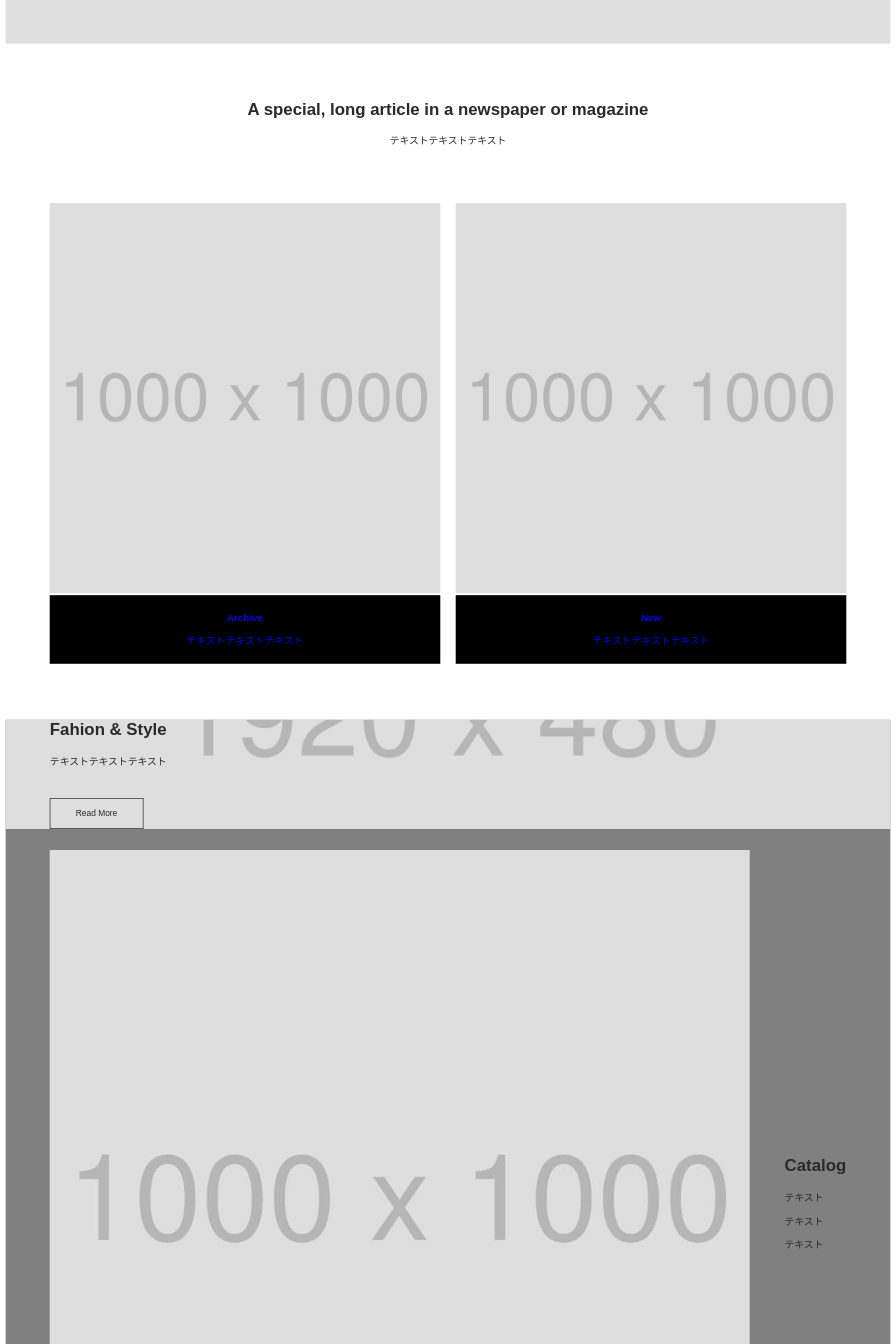
Repository: Fuki-san/bookstore
Page: http://localhost/book
The author's editor kept a copy of each file at every save. The page is drawn from the files as they stood at one save, then again after a run of saves.
The browser window is 1280 px wide. The pictures show the part of the page from y = 666 to 2586 px (the page is 4057 px tall before and 4017 px after), at 70% of full size.
The page is served by the project's Laravel application, run on PHP 8.4 with Laravel 10. Other server files are loaded and not shown.

Above is the page before, as saved 2023-11-21 13:49:52.

### routes/web.php
<?php

use Illuminate\Support\Facades\Route;

/*
|--------------------------------------------------------------------------
| Web Routes
|--------------------------------------------------------------------------
|
| Here is where you can register web routes for your application. These
| routes are loaded by the RouteServiceProvider and all of them will
| be assigned to the "web" middleware group. Make something great!
|
*/

Route::get('/', function () {
    return view('welcome');
});

Route::get('book', function() {
    return view('bookstore');
})->name('book');

### resources/views/bookstore.blade.php
@extends('layouts.main')

@section('title', 'bookstore')

@section('content')
    <header id="header">
        <h1 class="site-title"><a href="#"><img src="img/logo.svg"></a></h1>
    </header>

    <main>
        <section class="wrapper" id="magazine">
            <h2 class="sec-title">A special, long article in a newspaper or magazine</h2>
            <p>テキストテキストテキスト</p>
            <div class="flex-item">
                <a href="#" class="item"><img src="img/magazine-archive.jpg"><div class="text"><p class="title">Archive</p><p>テキストテキストテキスト</p></div></a>
                <a href="#" class="item"><img src="img/magazine-new.jpg"><div class="text"><p class="title">New</p><p>テキストテキストテキスト</p></div></a>
            </div>
        </section>
        <section class="wrapper" id="fashion">
            <h2 class="sec-title">Fahion & Style</h2>
            <p>テキストテキストテキスト</p>
            <a href="#" class="btn">Read More</a>
        </section>
        <section id="catalog-antique">
            <div class="flex-item wrapper">
                <div class="item">
                    <img src="img/catalog.jpg">
                </div>
                <div class="item">
                    <h2 class="sec-title">Catalog</h2>
                    <p>テキスト</p>
                    <p>テキスト</p>
                    <p>テキスト</p>
                </div>
            </div>
        </section>

        <section id="catalog-antique">
            <div class="flex-item wrapper">
                <div class="item">
                    <h2 class="sec-title">Antique</h2>
                    <p>テキストテキストテキスト</p>
                    <p>テキストテキストテキスト</p>
                    <a href="#" class="btn">Read More</a>
                </div>
                <div class="item">
                    <img src="img/antique.jpg">
                </div>
            </div>
        </section>
    </main>

    <footer id="footer">
        <div class="flex-item wrapper">
            <div class="item"><a href="#"><img src="img/logo.svg"></a></div>
            <div class="item">
                <p class="title">タイトル</p>
                <ul>
                    <li>テキストテキストテキスト</li>
                    <li>テキストテキストテキスト</li>
                    <li>テキストテキストテキスト</li>
                </ul>
            </div>
            <div class="item">
                <p>テキストテキストテキストテキストテキスト</p>
            </div>
        </div>
        <p class="copyright">&copy; Mag88</p>
    </footer>
@endsection

### resources/views/layouts/main.blade.php
<!DOCTYPE html>
<html lang="ja">
<head>
    <meta charset="UTF-8">
    <meta name="viewport" content="width=device-width, initial-scale=1.0">
    <meta http-equiv="X-UA-Compatible" content="ie=edge">
    <link rel="stylesheet" href="{{ asset('css/reset.css') }}">
    <link rel="stylesheet" href="{{ asset('css/style.css') }}">
    <link rel="icon" href="img/favicon.ico">
    <title>@yield('title')</title>
</head>
<body>
    @yield('content')
</body>
</html>

### public/css/style.css
@charset "utf-8";

html{
    font-size: 100%;
}
body{
    font-size: 0.875rem;
    color: #2a2a2a;
    font-family: "Arial", "Hiragino Sans", "Hiragino Kaku Gothic ProN", "Meiryo", sans-serif;
}
a{
    text-decoration: none;
}
a:hover{
    opacity: 0.7;
}
img{
    max-width: 100%;
}
li{
    list-style: none;
}
/* content */
.wrapper{
    padding: 0 5%;
    margin: 0 auto;
    max-width: 1200px;
}
.sec-title{
    font-size: 1.5rem;
    margin-bottom: 20px;
}
/* btn */

.btn{
    padding: 14px 36px;
    border: solid 1px #2a2a2a;
    color: #2a2a2a;
    display: inline-block;
    font-size: 0.750rem;
    margin-top: 30px;
}
/* ヘッダー */

#header{
    background-image: url(../img/mainvisual.jpg);
    background-position: center top;
    background-repeat: no-repeat;
    background-size: cover;
    position: relative;
    margin-bottom: 80px;
    height: 100vh;
}
#header .site-title{
    position: absolute;
    top: 30px;
    right: 30px;
}

.flex-item{
    display: flex;
    justify-content: space-between;
    align-items: center;
}
/* magazine */
#magazine{
    text-align: center;
    margin-bottom: 80px;
}
#magazine .flex-item{
    display: flex;
    justify-content: space-between;
    margin-top: 40px;
}

#magazine .flex-item .item{
    width: 49%;
    margin-top: 40px;
}
#magazine .text{
    background-color: black;
    text-align: center;
    padding: 10px 15px;
}
#magazine .title{
    font-weight: bold;
}
#fashion{
    background-image: url(../img/fashion.jpg);
    background-position: center bottom;
    background-repeat: no-repeat;
    background-size: cover;
    background-color: gray;
}

#catalog-antique{
    background-color: gray;
    padding-top: 30px;
}
#footer{
    background-color: #242424;
}
#footer .item{
    width: 32%;
}

.copyright{
    background-color: #fff;
    text-align: center;
}

### public/img/logo.svg
<?xml version="1.0" encoding="utf-8"?>
<!-- Generator: Adobe Illustrator 15.1.0, SVG Export Plug-In . SVG Version: 6.00 Build 0)  -->
<!DOCTYPE svg PUBLIC "-//W3C//DTD SVG 1.1//EN" "http://www.w3.org/Graphics/SVG/1.1/DTD/svg11.dtd">
<svg version="1.1" id="レイヤー_1" xmlns="http://www.w3.org/2000/svg" xmlns:xlink="http://www.w3.org/1999/xlink" x="0px"
	 y="0px" width="120px" height="40px" viewBox="0 0 120 40" enable-background="new 0 0 120 40" xml:space="preserve">
<text transform="matrix(1 0 0 1 11.667 -25.8213)" fill="#2B3137" font-family="'Arial-BoldMT'" font-size="31.8021">Mag88</text>
<rect fill="#2A2A2A" width="120" height="40"/>
<g>
	<path fill="#FFFFFF" d="M13.351,29.333V6.568h6.879l4.13,15.529l4.084-15.529h6.895v22.765h-4.271v-17.92l-4.519,17.92h-4.425
		l-4.503-17.92v17.92H13.351z"/>
	<path fill="#FFFFFF" d="M43.134,17.872l-3.96-0.714c0.445-1.595,1.211-2.774,2.299-3.54c1.087-0.766,2.701-1.149,4.845-1.149
		c1.946,0,3.396,0.23,4.348,0.69c0.952,0.461,1.623,1.047,2.011,1.756c0.389,0.709,0.582,2.01,0.582,3.904l-0.046,5.094
		c0,1.449,0.069,2.518,0.21,3.207c0.139,0.688,0.4,1.426,0.783,2.213h-4.316c-0.113-0.29-0.254-0.72-0.419-1.289
		c-0.073-0.259-0.124-0.43-0.155-0.513c-0.746,0.725-1.543,1.269-2.392,1.63c-0.849,0.363-1.755,0.544-2.718,0.544
		c-1.697,0-3.035-0.46-4.014-1.382s-1.467-2.086-1.467-3.494c0-0.932,0.222-1.762,0.667-2.492c0.444-0.73,1.069-1.289,1.871-1.677
		c0.802-0.389,1.959-0.728,3.471-1.018c2.039-0.383,3.452-0.739,4.239-1.071v-0.435c0-0.839-0.207-1.437-0.621-1.794
		s-1.195-0.535-2.345-0.535c-0.776,0-1.382,0.152-1.817,0.458C43.755,16.571,43.403,17.106,43.134,17.872z M48.973,21.413
		c-0.559,0.187-1.444,0.409-2.655,0.668c-1.212,0.259-2.003,0.512-2.376,0.761c-0.569,0.403-0.854,0.916-0.854,1.537
		c0,0.61,0.227,1.14,0.683,1.584c0.456,0.445,1.035,0.667,1.739,0.667c0.787,0,1.537-0.258,2.252-0.775
		c0.527-0.394,0.875-0.875,1.04-1.444c0.114-0.373,0.171-1.081,0.171-2.128V21.413z"/>
	<path fill="#FFFFFF" d="M57.157,30.419l4.984,0.605c0.083,0.58,0.274,0.979,0.574,1.196c0.414,0.311,1.066,0.466,1.957,0.466
		c1.139,0,1.992-0.171,2.563-0.512c0.383-0.229,0.673-0.596,0.869-1.104c0.135-0.362,0.202-1.029,0.202-2.003v-2.407
		c-1.304,1.781-2.95,2.672-4.938,2.672c-2.215,0-3.97-0.938-5.264-2.811c-1.015-1.48-1.521-3.324-1.521-5.529
		c0-2.764,0.664-4.875,1.995-6.335c1.33-1.46,2.983-2.189,4.962-2.189c2.039,0,3.721,0.896,5.046,2.687v-2.314h4.084V27.64
		c0,1.946-0.161,3.4-0.481,4.363s-0.771,1.719-1.351,2.268c-0.58,0.549-1.354,0.979-2.321,1.289
		c-0.969,0.311-2.192,0.466-3.673,0.466c-2.795,0-4.778-0.479-5.947-1.437c-1.17-0.957-1.755-2.172-1.755-3.642
		C57.141,30.802,57.147,30.626,57.157,30.419z M61.054,20.745c0,1.75,0.339,3.031,1.017,3.844c0.679,0.813,1.515,1.219,2.508,1.219
		c1.066,0,1.967-0.416,2.703-1.25c0.734-0.834,1.102-2.068,1.102-3.703c0-1.709-0.352-2.977-1.056-3.805s-1.595-1.242-2.671-1.242
		c-1.045,0-1.907,0.406-2.586,1.219C61.393,17.839,61.054,19.079,61.054,20.745z"/>
	<path fill="#FFFFFF" d="M79.797,17.05c-1.129-0.477-1.949-1.131-2.462-1.965c-0.513-0.833-0.769-1.746-0.769-2.74
		c0-1.697,0.593-3.101,1.778-4.208c1.185-1.107,2.87-1.662,5.054-1.662c2.164,0,3.844,0.554,5.039,1.662
		c1.196,1.108,1.794,2.511,1.794,4.208c0,1.056-0.274,1.995-0.823,2.818c-0.549,0.822-1.32,1.451-2.313,1.887
		c1.263,0.508,2.224,1.248,2.88,2.221c0.658,0.973,0.986,2.096,0.986,3.369c0,2.102-0.67,3.811-2.011,5.125
		s-3.124,1.972-5.349,1.972c-2.071,0-3.795-0.544-5.172-1.63c-1.625-1.284-2.438-3.045-2.438-5.28c0-1.231,0.305-2.362,0.916-3.394
		C77.52,18.403,78.482,17.608,79.797,17.05z M80.293,22.407c0,1.201,0.309,2.138,0.924,2.811c0.616,0.673,1.385,1.01,2.307,1.01
		c0.9,0,1.646-0.324,2.236-0.971c0.59-0.647,0.885-1.582,0.885-2.803c0-1.066-0.301-1.924-0.9-2.57
		c-0.602-0.646-1.361-0.971-2.283-0.971c-1.066,0-1.861,0.367-2.383,1.103C80.555,20.751,80.293,21.548,80.293,22.407z
		 M80.698,12.655c0,0.869,0.246,1.547,0.737,2.034c0.491,0.486,1.146,0.729,1.964,0.729c0.828,0,1.491-0.246,1.988-0.737
		s0.745-1.173,0.745-2.042c0-0.818-0.246-1.473-0.737-1.965c-0.492-0.491-1.142-0.737-1.949-0.737c-0.838,0-1.506,0.249-2.003,0.745
		C80.946,11.18,80.698,11.837,80.698,12.655z"/>
	<path fill="#FFFFFF" d="M97.484,17.05c-1.128-0.477-1.948-1.131-2.462-1.965c-0.512-0.833-0.768-1.746-0.768-2.74
		c0-1.697,0.592-3.101,1.777-4.208c1.186-1.107,2.871-1.662,5.055-1.662c2.164,0,3.844,0.554,5.039,1.662
		c1.195,1.108,1.793,2.511,1.793,4.208c0,1.056-0.273,1.995-0.822,2.818c-0.549,0.822-1.32,1.451-2.314,1.887
		c1.264,0.508,2.224,1.248,2.881,2.221c0.658,0.973,0.986,2.096,0.986,3.369c0,2.102-0.67,3.811-2.012,5.125
		c-1.34,1.314-3.123,1.972-5.349,1.972c-2.071,0-3.794-0.544-5.171-1.63c-1.625-1.284-2.438-3.045-2.438-5.28
		c0-1.231,0.305-2.362,0.916-3.394C95.207,18.403,96.168,17.608,97.484,17.05z M97.981,22.407c0,1.201,0.308,2.138,0.924,2.811
		c0.615,0.673,1.385,1.01,2.307,1.01c0.9,0,1.646-0.324,2.235-0.971c0.591-0.647,0.886-1.582,0.886-2.803
		c0-1.066-0.301-1.924-0.901-2.57s-1.361-0.971-2.282-0.971c-1.066,0-1.861,0.367-2.384,1.103S97.981,21.548,97.981,22.407z
		 M98.385,12.655c0,0.869,0.245,1.547,0.736,2.034c0.492,0.486,1.146,0.729,1.965,0.729c0.828,0,1.49-0.246,1.988-0.737
		c0.496-0.491,0.744-1.173,0.744-2.042c0-0.818-0.246-1.473-0.736-1.965c-0.492-0.491-1.143-0.737-1.949-0.737
		c-0.839,0-1.506,0.249-2.004,0.745C98.633,11.18,98.385,11.837,98.385,12.655z"/>
</g>
</svg>

After the next 3 saves:
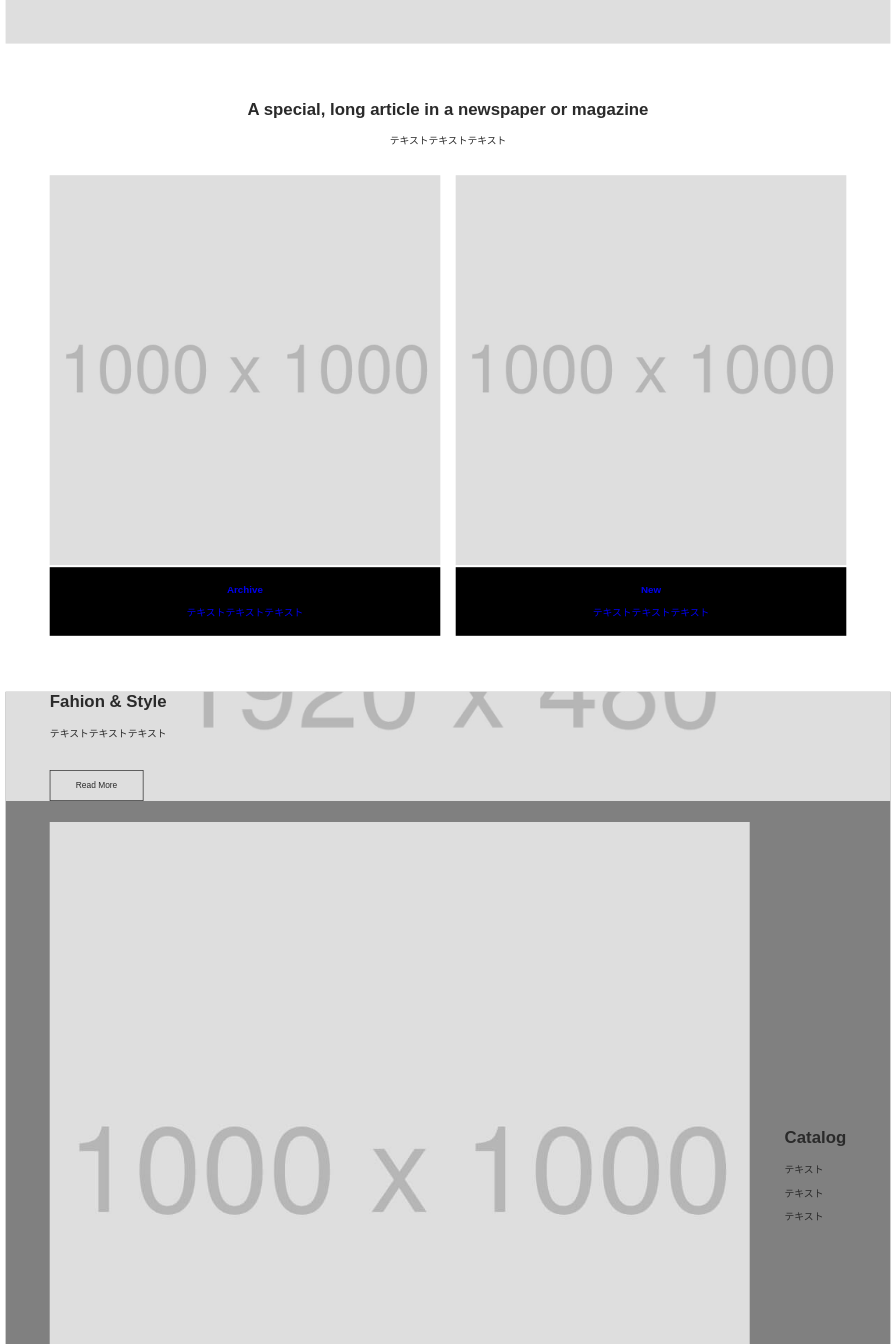
The 3 saves are shown as one change because they came seconds apart.
The last was saved 17 s later.
--- a/public/css/style.css
+++ b/public/css/style.css
@@ -75,7 +75,7 @@ li{
 
 #magazine .flex-item .item{
     width: 49%;
-    margin-top: 40px;
+    position: relative;
 }
 #magazine .text{
     background-color: black;
